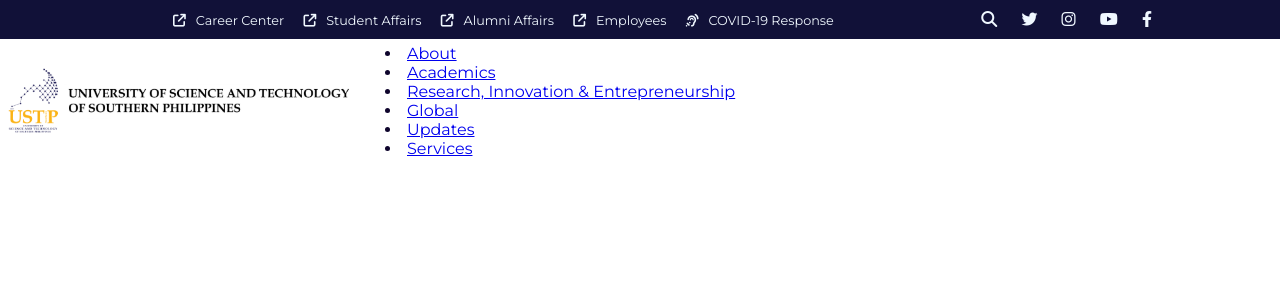
Repository: Joy5345/Colis-MidTerm_PIT
Page: index.html
The author's editor kept a copy of each file at every save. The page is drawn from the files as they stood at one save, then again after the next save.
The browser window is 1280 px wide. The pictures show the whole page.

Above is the page before, as saved 2023-07-29 16:20:02.

After the next save:
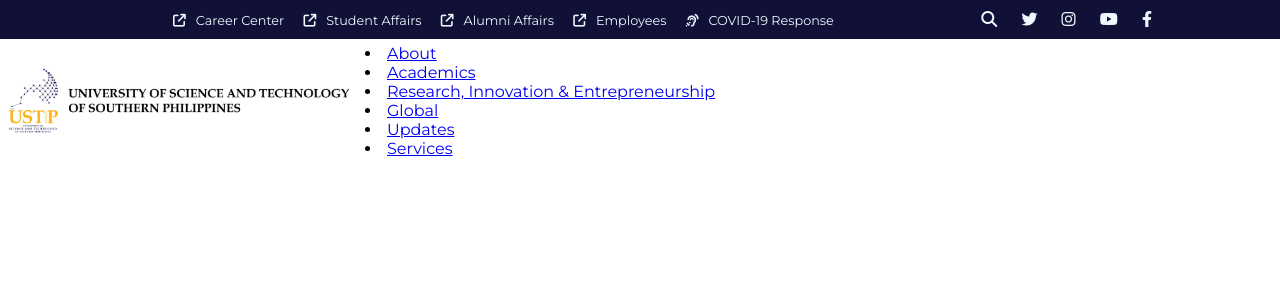
Saved 73 s later.
--- a/css/style.css
+++ b/css/style.css
@@ -73,16 +73,12 @@
     margin-right: 10px;
 }
 
-.dropdown {
+.nav-services {
     display: flex;
     align-items: center;
     margin-left: auto;
-}
-
-.services {
     align-items:end;
     color: #0e042c;
     text-decoration: none;
     margin-left: 20px;
-
 }
